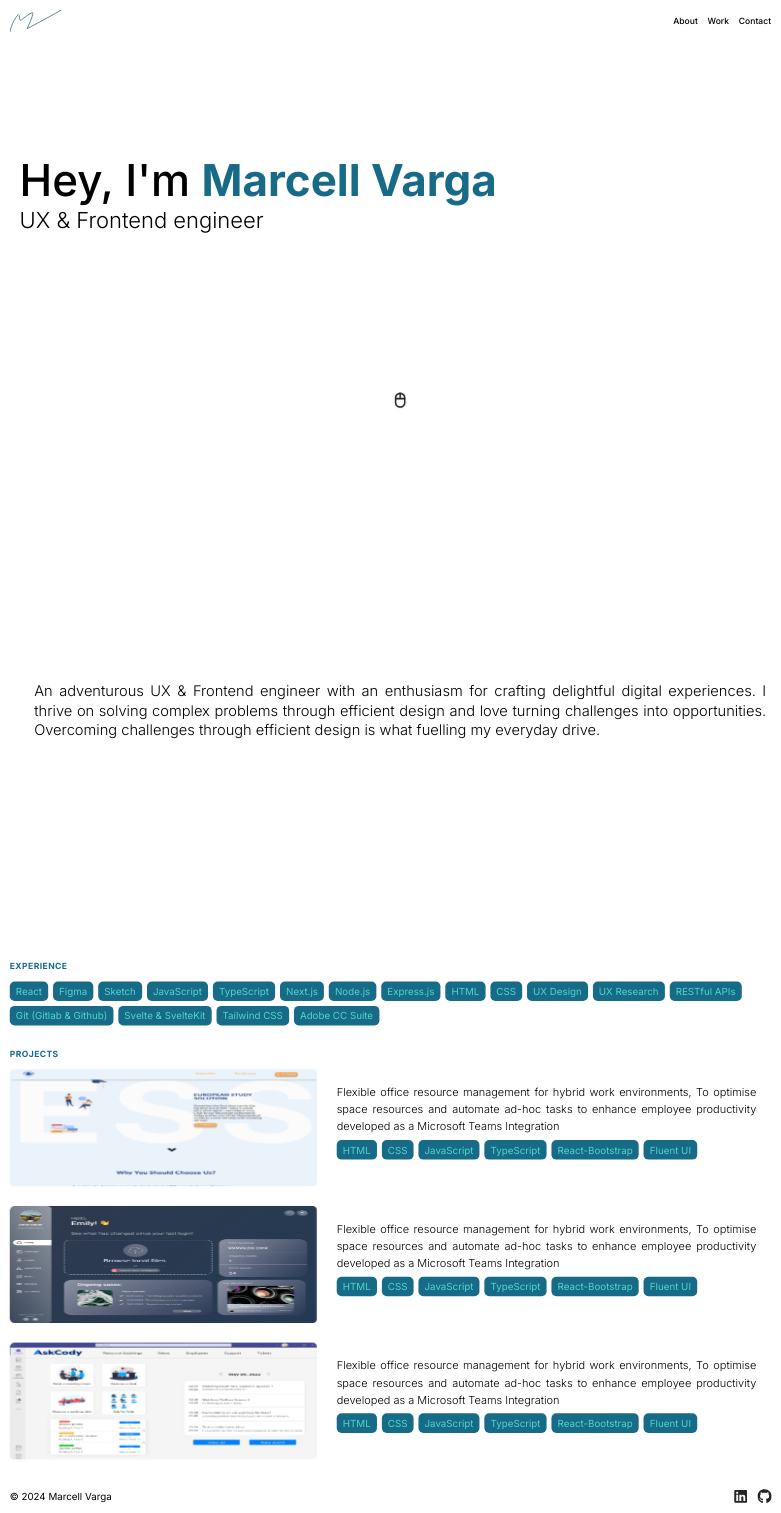
Repository: TheMarcellVarga/personal-portfolio-v.2
Page: /
An editor plug-in stored every save of this project. The page is shown before and after the next save, followed by the edit.
The browser window is 1280 px wide. The pictures show the whole page, at 61% of full size.
The project was rebuilt for these pictures with package versions that can differ from the ones it lists, and the page was loaded fresh each time. The framework's server and built-in components were replaced by stand-ins that run in the browser. Also part of the build but not shown: next.config.mjs.

Above is the page before, as saved 2024-04-25 01:01:47.

### app/layout.tsx
import type { Metadata } from "next";
import { Inter } from "next/font/google";
import "./globals.css";

const inter = Inter({ subsets: ["latin"] });

export const metadata: Metadata = {
  title: {
    template: "%s | Marcell Varga",
    default: "Marcell Varga",
  },
  description: "Marcell Varga Portfolio | UX & Frontend Engineer",
};
export default function RootLayout({
  children,
}: Readonly<{
  children: React.ReactNode;
}>) {
  return (
    <html lang="en">
      <body className={inter.className}>{children}</body>
    </html>
  );
}

### app/page.tsx
"use client";

import { useState } from "react";
import Link from "next/link";
import Image from "next/image";
import IndexSigAnimated from "../public/icons/indexSigAnimated";

// Header component
const Header = () => {
  const [isOpen, setIsOpen] = useState(false);

  return (
    <header className="flex justify-between items-center w-full">
      <div className="flex items-center">
        {/* Icon */}
        <Link href="/">
          <IndexSigAnimated />
        </Link>
      </div>
      <nav className="flex items-center">
        {/* Hamburger Menu */}
        <div
          className={`md:hidden z-2 ${isOpen ? "open" : ""}`}
          onClick={() => setIsOpen(!isOpen)}
        >
          <div className="w-6 h-0.5 bg-gray-800 mb-1"></div>
          <div className="w-6 h-0.5 bg-gray-800 mb-1"></div>
          <div className="w-6 h-0.5 bg-gray-800"></div>
        </div>
        {/* Navigation Links */}
        <div className={`nav-overlay ${isOpen ? "open" : ""}`}>
          <div className={`${isOpen ? "block" : "hidden"} md:flex space-x-4`}>
            <Link href="/about">
              <div
                className="text-sm font-medium"
                style={{ color: isOpen ? "#eeeeee" : "inherit" }}
              >
                About
              </div>
            </Link>
            <Link href="/work">
              <div
                className="text-sm font-medium"
                style={{ color: isOpen ? "#eeeeee" : "inherit" }}
              >
                Work
              </div>
            </Link>
            <Link href="/contact">
              <div
                className="text-sm font-medium"
                style={{ color: isOpen ? "#eeeeee" : "inherit" }}
              >
                Contact
              </div>
            </Link>
          </div>
        </div>
        <div className={`${isOpen ? "hidden" : "block"}`}>
          <div className={`${isOpen ? "block" : "hidden"} md:flex space-x-4`}>
            <Link href="/about">
              <div
                className="text-sm font-medium"
                style={{ color: isOpen ? "#eeeeee" : "inherit" }}
              >
                About
              </div>
            </Link>
            <Link href="/work">
              <div
                className="text-sm font-medium"
                style={{ color: isOpen ? "#eeeeee" : "inherit" }}
              >
                Work
              </div>
            </Link>
            <Link href="/contact">
              <div
                className="text-sm font-medium"
                style={{ color: isOpen ? "#eeeeee" : "inherit" }}
              >
                Contact
              </div>
            </Link>
          </div>
        </div>
      </nav>
    </header>
  );
};

// Footer component
const Footer = () => {
  return (
    <div className="flex w-full flex-row justify-between items-center">
      <div className="flex w-full">© 2024 Marcell Varga</div>
      <div className="flex space-x-4">
        <Image
          src="/icons/linkedin.svg"
          alt="Linkedin Icon"
          width={24}
          height={24}
        />
        <Image
          src="/icons/github.svg"
          alt="GitHub Icon"
          width={24}
          height={24}
        />
      </div>
    </div>
  );
};

const projects = [
  {
    title:
      "Flexible office resource management for hybrid work environments, To optimise space resources and automate ad-hoc tasks to enhance employee productivity developed as a Microsoft Teams Integration",
    description: "",
    skills: [
      "HTML",
      "CSS",
      "JavaScript",
      "TypeScript",
      "React-Bootstrap",
      "Fluent UI",
    ],
    link: "/", // Example link to the project details page
    image: "/images/ess-index.png", // Add the path to the image
  },
  {
    title:
      "Flexible office resource management for hybrid work environments, To optimise space resources and automate ad-hoc tasks to enhance employee productivity developed as a Microsoft Teams Integration",
    description: "",
    skills: [
      "HTML",
      "CSS",
      "JavaScript",
      "TypeScript",
      "React-Bootstrap",
      "Fluent UI",
    ],
    link: "/", // Example link to the project details page
    image: "/images/catchscan-index.png", // Add the path to the image
  },
  {
    title:
      "Flexible office resource management for hybrid work environments, To optimise space resources and automate ad-hoc tasks to enhance employee productivity developed as a Microsoft Teams Integration",
    description: "",
    skills: [
      "HTML",
      "CSS",
      "JavaScript",
      "TypeScript",
      "React-Bootstrap",
      "Fluent UI",
    ],
    link: "/", // Example link to the project details page
    image: "/images/askcody-index.png", // Add the path to the image
  },
  // Add more projects here
];

export default function Page() {
  return (
    <div className="m-4">
      <Header />
      <main className="flex flex-col items-center justify-between h-screen m-4 gap-1 w-full">
        <div className="flex-grow pb-12 w-full flex flex-col items-center justify-center gap-">
          <div className="flex flex-row w-full text-7xl font-medium items-center justify-start">
            Hey, I'm&nbsp;
            <span className="text-custom-blue font-bold">Marcell Varga</span>
          </div>
          <div className="flex w-full text-4xl font-light items-center justify-start my-2">
            UX & Frontend engineer
          </div>
        </div>
        <div className="pb-32 flex flex-col items-center justify-start">
          <Image
            className="animate-moveDown"
            src="/icons/mouseScroll.svg"
            alt="Scroll your mouse down Icon"
            width={30}
            height={30}
          />
        </div>
      </main>
      {/* Drive Section */}
      <section className="flex flex-col items-center justify-between h-screen m-4 gap-1 w-full">
        <div className="flex w-full h-screen text-5xl font-medium items-center justify-start">
          <h2 className="text-2xl font-light text-justify m-6">
            An adventurous UX & Frontend engineer with an enthusiasm for
            crafting delightful digital experiences. I thrive on solving complex
            problems through efficient design and love turning challenges into
            opportunities. Overcoming challenges through efficient design is
            what fuelling my everyday drive.
          </h2>
        </div>
      </section>
      <section className="flex flex-col items-center justify-between my-4 gap-1 w-full">
        {/* New Experience Section */}
        <article className="mt-8 w-full">
          <h2 className="text-custom-blue text-sm font-bold mb-4 tracking-wider uppercase">
            Experience
          </h2>
          <div className="flex flex-wrap gap-2">
            {[
              "React",
              "Figma",
              "Sketch",
              "JavaScript",
              "TypeScript",
              "Next.js",
              "Node.js",
              "Express.js",
              "HTML",
              "CSS",
              "UX Design",
              "UX Research",
              "RESTful APIs",
              "Git (Gitlab & Github)",
              "Svelte & SvelteKit",
              "Tailwind CSS",
              "Adobe CC Suite",
            ].map((skill) => (
              <div
                key={skill}
                className="bg-custom-blue text-custom-teal px-2.5 py-1 rounded-lg"
              >
                {skill}
              </div>
            ))}
          </div>
        </article>
        <article className="my-8 w-full">
          <h2 className="text-custom-blue text-sm font-bold mb-4 tracking-wider uppercase">
            Projects
          </h2>
          <div className="flex flex-col gap-8">
            {projects.map((project) => (
              <div key={project.title} className="flex gap-2">
                <div className="w-full h-full relative rounded-lg overflow-hidden y-5">
                  <div className="bg-pink-100 w-full h-48">
                    <Image
                      src={project.image} // Use the image path from the project object
                      alt={project.title} // Use the project title as the alt text
                      layout="fill" // Make the image fill its container
                      objectFit="fill" // Adjust the image's aspect ratio to cover the container
                    />
                  </div>
                </div>
                <div className="flex flex-col m-6 gap-2">
                  <Link
                    href={project.link}
                    className="text-lg font-light text-justify"
                  >
                    <div>{project.title}</div>
                    <div>{project.description}</div>
                  </Link>
                  <div className="flex flex-wrap gap-2">
                    {project.skills.map((skill) => (
                      <div
                        key={skill}
                        className="bg-custom-blue text-custom-teal px-2.5 py-1 rounded-lg"
                      >
                        {skill}
                      </div>
                    ))}
                  </div>
                </div>
              </div>
            ))}
          </div>
        </article>
      </section>
      <Footer />
    </div>
  );
}

### app/globals.css
@tailwind base;
@tailwind components;
@tailwind utilities;

/* :root {
  --foreground-rgb: 0, 0, 0;
  --background-start-rgb: 214, 219, 220;
  --background-end-rgb: 255, 255, 255;
}

@media (prefers-color-scheme: dark) {
  :root {
    --foreground-rgb: 255, 255, 255;
    --background-start-rgb: 0, 0, 0;
    --background-end-rgb: 0, 0, 0;
  }
}

body {
  color: rgb(var(--foreground-rgb));
  background: linear-gradient(
      to bottom,
      transparent,
      rgb(var(--background-end-rgb))
    )
    rgb(var(--background-start-rgb));
}

@layer utilities {
  .text-balance {
    text-wrap: balance;
  }
} */

@-webkit-keyframes animate-svg-stroke-1 {
  0% {
    stroke-dashoffset: 210.06117248535156px;
    stroke-dasharray: 210.06117248535156px;
  }

  100% {
    stroke-dashoffset: 420.1223449707031px;
    stroke-dasharray: 210.06117248535156px;
  }
}

@keyframes animate-svg-stroke-1 {
  0% {
    stroke-dashoffset: 210.06117248535156px;
    stroke-dasharray: 210.06117248535156px;
  }

  100% {
    stroke-dashoffset: 420.1223449707031px;
    stroke-dasharray: 210.06117248535156px;
  }
}

.svg-elem-1 {
  -webkit-animation: animate-svg-stroke-1 1s ease-in-out 1s both;
  animation: animate-svg-stroke-1 1s ease-in-out 1s both;
}

@-webkit-keyframes animate-svg-stroke-2 {
  0% {
    stroke-dashoffset: 798.271240234375px;
    stroke-dasharray: 798.271240234375px;
  }

  100% {
    stroke-dashoffset: 1596.54248046875px;
    stroke-dasharray: 798.271240234375px;
  }
}

@keyframes animate-svg-stroke-2 {
  0% {
    stroke-dashoffset: 798.271240234375px;
    stroke-dasharray: 798.271240234375px;
  }

  100% {
    stroke-dashoffset: 1596.54248046875px;
    stroke-dasharray: 798.271240234375px;
  }
}

.svg-elem-2 {
  -webkit-animation: animate-svg-stroke-2 1s ease-in-out 1.12s both;
  animation: animate-svg-stroke-2 1s ease-in-out 1.12s both;
}

@-webkit-keyframes animate-svg-stroke-3 {
  0% {
    stroke-dashoffset: 2px;
    stroke-dasharray: 2px;
  }

  100% {
    stroke-dashoffset: 4px;
    stroke-dasharray: 2px;
  }
}

@keyframes animate-svg-stroke-3 {
  0% {
    stroke-dashoffset: 2px;
    stroke-dasharray: 2px;
  }

  100% {
    stroke-dashoffset: 4px;
    stroke-dasharray: 2px;
  }
}

.svg-elem-3 {
  -webkit-animation: animate-svg-stroke-3 1s ease-in-out 1.24s both;
  animation: animate-svg-stroke-3 1s ease-in-out 1.24s both;
}

/* CSS for the overlay */
.nav-overlay {
  position: fixed;
  top: 0;
  right: 0;
  width: 80%; /* Adjust the width as needed */
  height: 100%;
  background-color: rgba(23, 107, 135, 1); /* Semi-transparent background */
  transform: translateX(100%); /* Hidden off-screen to the right */
  transition: transform 0.3s ease-out; /* Smooth transition */
  display: flex;
  flex-direction: column;
  justify-content: center;
  align-items: center;
  padding: 2rem;
  z-index: 2; /* Ensure it's above other content */
}

.nav-overlay.open {
  transform: translateX(0); /* Slide in from the right */
}

/* Hamburger menu with increased z-index when open */
.md\:hidden {
  cursor: pointer;
  z-index: 2; /* Default z-index */
}

.md\:hidden.open {
  z-index: 5; /* Increased z-index when open */
}

/* Hamburger menu lines */
.md\:hidden > div {
  transition: all 0.3s ease;
}

/* Top line of the hamburger menu */
.md\:hidden > div:nth-child(1) {
  transform-origin: center;
}

/* Middle line of the hamburger menu */
.md\:hidden > div:nth-child(2) {
  transform-origin: center;
}

/* Bottom line of the hamburger menu */
.md\:hidden > div:nth-child(3) {
  transform-origin: center;
}

/* Animation for the hamburger menu to become a cross */
.md\:hidden.open > div:nth-child(1) {
  transform: rotate(45deg);
}

.md\:hidden.open > div:nth-child(2) {
  opacity: 0;
}

.md\:hidden.open > div:nth-child(3) {
  transform: rotate(-45deg);
}

/* Hamburger menu with increased z-index when open */
.md\:hidden {
  cursor: pointer;
  z-index: 2; /* Default z-index */
}

.md\:hidden.open {
  z-index: 5; /* Increased z-index when open */
}

/* CSS for the close button */
.close-btn {
  position: absolute;
  top: 1rem;
  right: 1rem;
  background: none;
  border: none;
  font-size: 1.5rem;
  color: #fff;
  cursor: pointer;
}

@keyframes moveDown {
  0% {
    transform: translateY(0);
  }
  100% {
    transform: translateY(10px); /* Adjust the value as needed */
  }
}

.animate-moveDown {
  animation: moveDown 2s infinite alternate ease-in-out; /* Adjust the duration as needed */
}

### public/icons/indexSigAnimated.tsx
import React from 'react';

const IndexSigIcon: React.FC = () => {
 return (
    <svg className="svg-elem-1" width="85" height="37" viewBox="0 0 85 37" fill="none" xmlns="http://www.w3.org/2000/svg">
      <g clipPath="url(#clip0_18_152)">
        <path d="M0.396973 36.3291C0.396973 36.3291 1.80464 21.811 13.6633 7.89246" stroke="#053B50" strokeLinecap="round" strokeLinejoin="round"/>
        <path d="M84.6029 0.378418C83.4907 1.72562 28.5188 31.0478 28.5188 31.0478C34.2765 18.2493 39.5275 5.38881 37.4414 4.87415C37.3274 4.8523 37.2096 4.85749 37.0982 4.88928C31.574 6.017 19.8186 16.4677 17.715 17.2805C17.665 17.3015 17.6107 17.3113 17.5561 17.3093C16.4821 17.2881 15.8514 13.5856 15.4907 9.68776" stroke="#053B50" strokeLinecap="round" strokeLinejoin="round"/>
      </g>
      <defs>
        <clipPath id="clip0_18_152">
          <rect width="85" height="36.7076" fill="white"/>
        </clipPath>
      </defs>
    </svg>
 );
};

export default IndexSigIcon;

### tailwind.config.ts
import type { Config } from "tailwindcss";

const config: Config = {
  content: [
    "./pages/**/*.{js,ts,jsx,tsx,mdx}",
    "./components/**/*.{js,ts,jsx,tsx,mdx}",
    "./app/**/*.{js,ts,jsx,tsx,mdx}",
  ],
  theme: {
    extend: {
      backgroundImage: {
        "gradient-radial": "radial-gradient(var(--tw-gradient-stops))",
        "gradient-conic":
          "conic-gradient(from 180deg at 50% 50%, var(--tw-gradient-stops))",
      },
      colors: {
        "custom-blue": "#176B87",
        "custom-teal": "#4FD5CC",
      },
    },
  },
  plugins: [],
};

export default config;

After the next save:
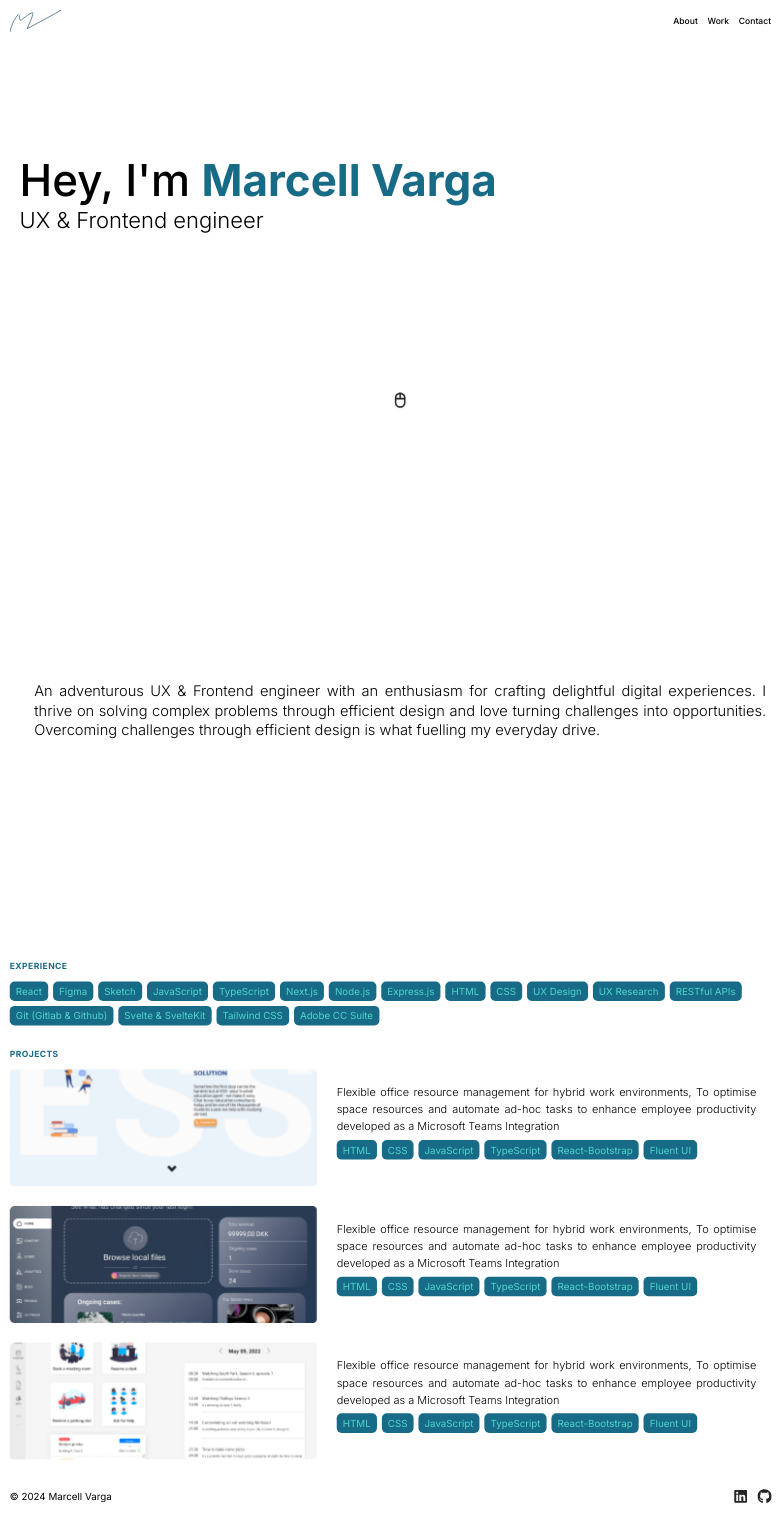
Saved 28 s later.
--- a/app/page.tsx
+++ b/app/page.tsx
@@ -245,7 +245,7 @@ export default function Page() {
                       src={project.image} // Use the image path from the project object
                       alt={project.title} // Use the project title as the alt text
                       layout="fill" // Make the image fill its container
-                      objectFit="fill" // Adjust the image's aspect ratio to cover the container
+                      objectFit="cover" // Adjust the image's aspect ratio to cover the container
                     />
                   </div>
                 </div>
